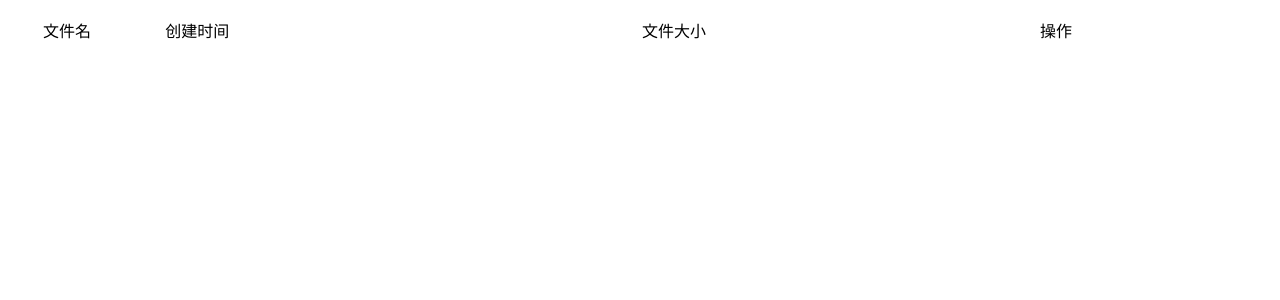
Repository: dingyuanzheng/webserver
Page: http://localhost/mock/fileList.jsp
The author's editor kept a copy of each file at every save. The page is drawn from the files as they stood at one save, then again after the next save.
The browser window is 1280 px wide. The pictures show the whole page.
The page is served by Tomcat 9.

Above is the page before, as saved 2018-08-30 03:30:00.

After the next save:
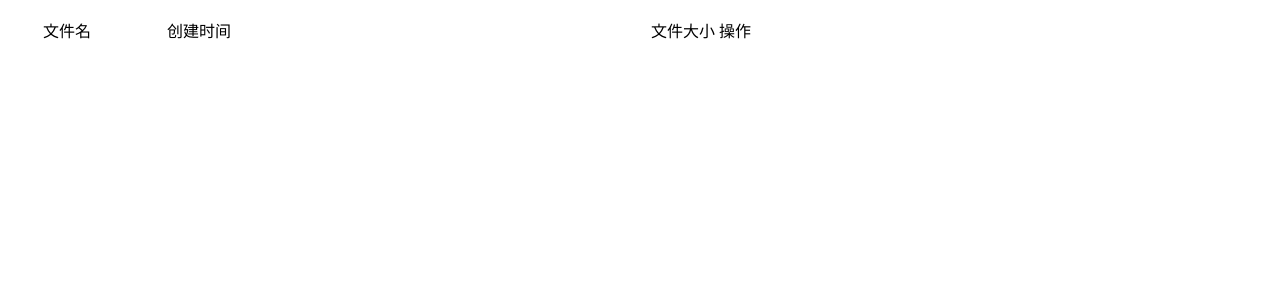
Saved 15 s later.
--- a/mock/WebRoot/fileList.jsp
+++ b/mock/WebRoot/fileList.jsp
@@ -51,7 +51,7 @@ String basePath = request.getScheme()+"://"+request.getServerName()+":"+request.
 	        <tr class="mockItem">
 	            <td class="mockUser">文件名</td>
 	            <td class="mockUrl">创建时间</td>
-	            <td class="mockName">文件大小</td>
+	            <td class="mockSize">文件大小</td>
 	            <td class="change">操作</td>
 	        </tr>
 	    </table>
